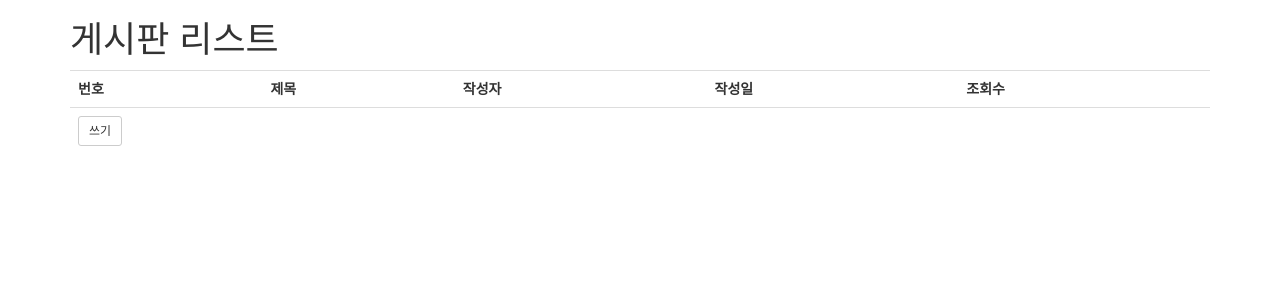
Repository: seokku/java2
Page: http://localhost/jspProject/notice/list.jsp
An editor plug-in stored every save of this project. The page is shown before and after the next save, followed by the edit.
The browser window is 1280 px wide. The pictures show the whole page.
The page is served by Tomcat 9. Queries for data that is not in the repository find no rows.

Above is the page before, as saved 2021-02-15 02:39:44.

After the next save:
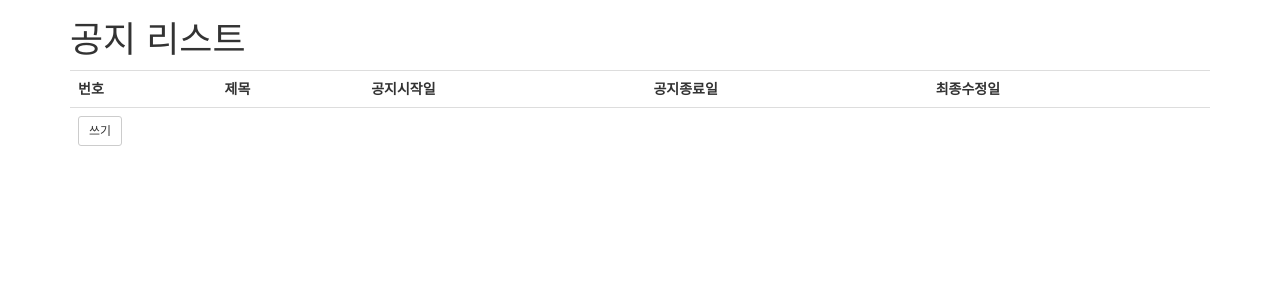
Saved 15 min 31 s later.
--- a/workspace/web/jspProject/WebContent/notice/list.jsp
+++ b/workspace/web/jspProject/WebContent/notice/list.jsp
@@ -56,14 +56,14 @@ $(function(){
 <body>
 <div class="container">
 
-<h1>게시판 리스트</h1>
+<h1>공지 리스트</h1>
 <table class="table">
 <tr>
 	<th>번호</th>
 	<th>제목</th>
-	<th>작성자</th>
-	<th>작성일</th>
-	<th>조회수</th>
+	<th>공지시작일</th>
+	<th>공지종료일</th>
+	<th>최종수정일</th>
 </tr>
 <!-- 여기가 데이터 부분의 줄입니다. 한 줄을 의미하는 태그 : tr -->
 <!-- 데이터 있는 만큼 반복 처리하는 시작 부분 => HTML에는 반복처리가 없다. JAVA 이미 작성되어 있는 것을 사용하자.:라이브러리-JSTL -->
